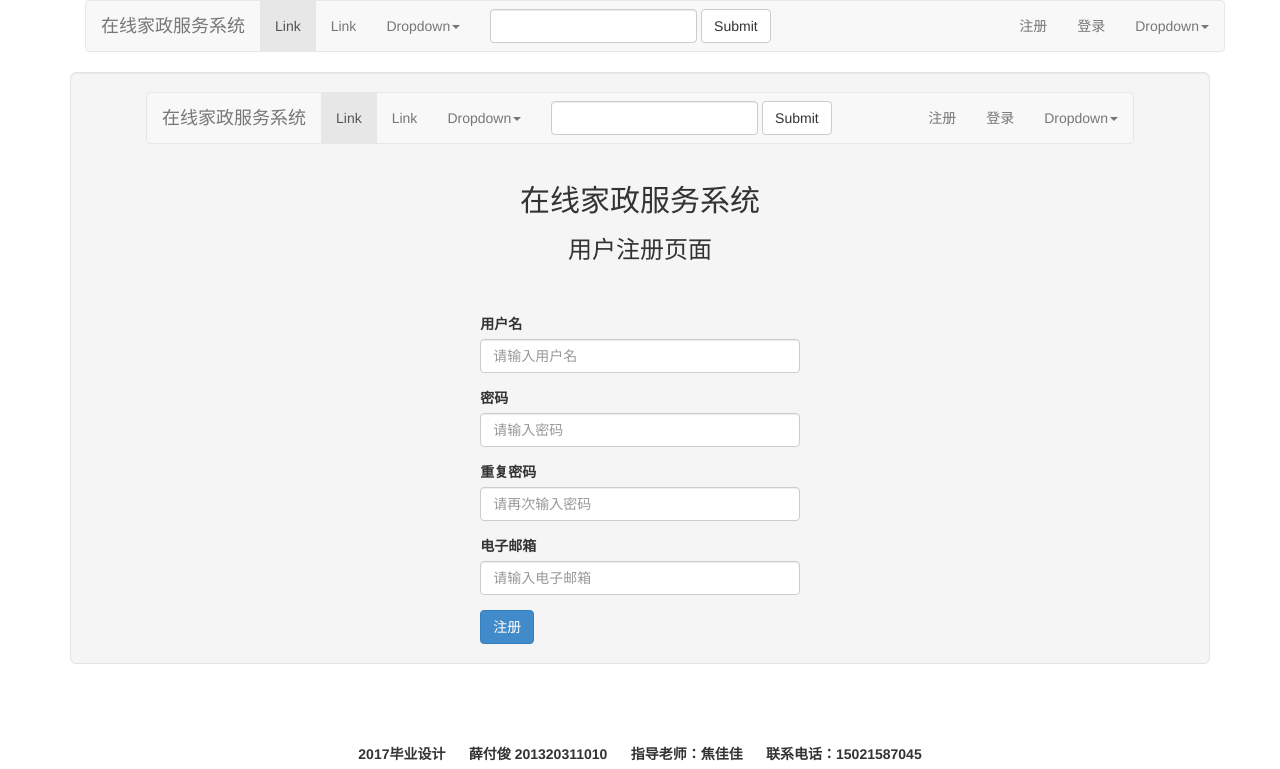
Repository: ELeonCXFJ/MyEclipseWS
Page: http://localhost/MyWeb/jsps/user/register.jsp
The author's editor kept a copy of each file at every save. The page is drawn from the files as they stood at one save, then again after a run of saves.
The browser window is 1280 px wide. The pictures show the whole page.
The page is served by Tomcat 9. Nobody is signed in. The application's start-up code is not run.

Above is the page before, as saved 2017-03-17 04:26:37.
Console error: TypeError: $(...).bootstrapValidator is not a function

After the next 2 saves:
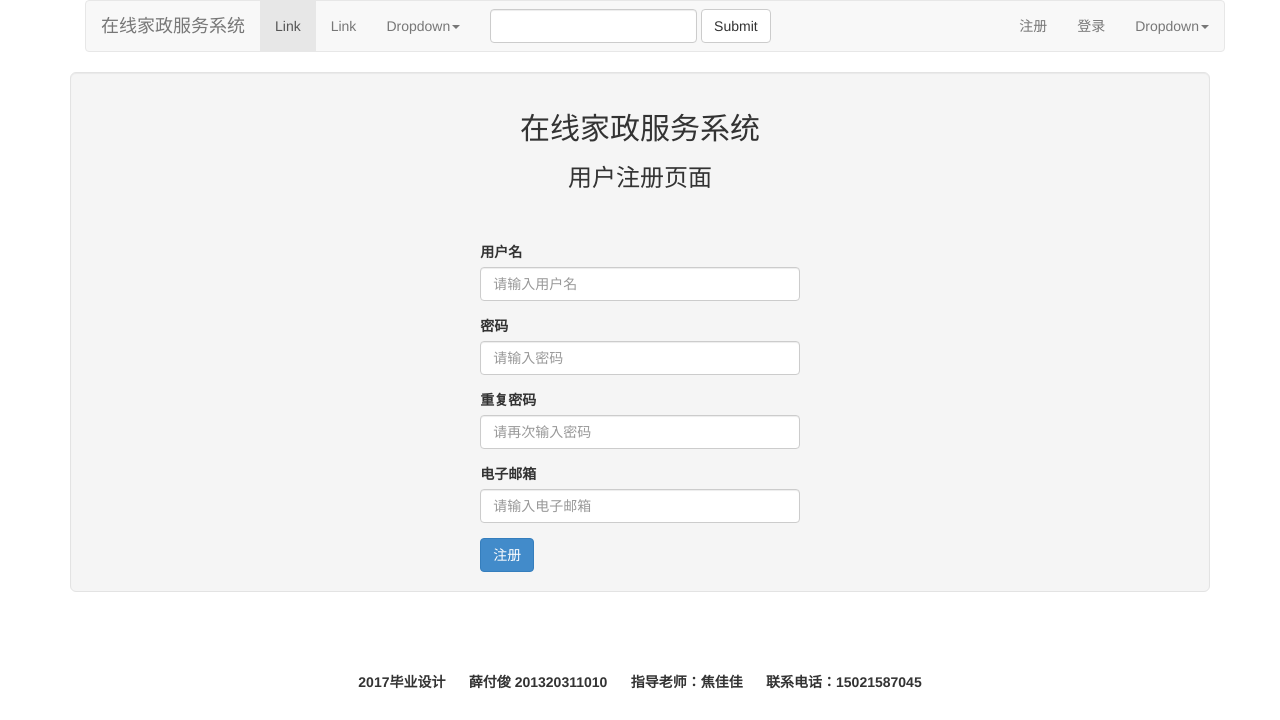
The 2 saves are shown as one change because they came seconds apart.
The last was saved 8 s later.
--- a/MyWeb/WebRoot/jsps/user/register.jsp
+++ b/MyWeb/WebRoot/jsps/user/register.jsp
@@ -23,9 +23,8 @@
 <div>
 
 </div>
-	<c:import url="../../top.jsp"></c:import>
+<c:import url="../../top.jsp"></c:import>
 <div class="jumbotron well">
-	<c:import url="../../top.jsp"></c:import>
 	<h2 align="center">在线家政服务系统</h2>
 	<h3 align="center">用户注册页面</h3></br></br>
 	<div class="row clearfix">
